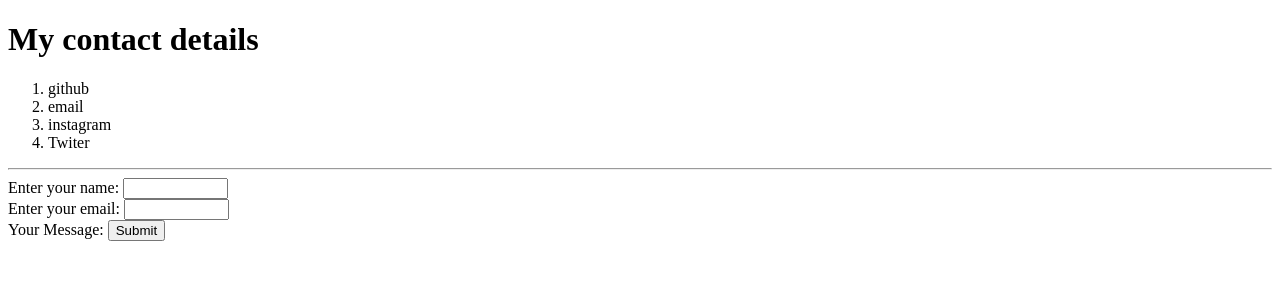
Repository: ew-code/Web-Development
Page: HTML - Personal Site/contact.html
These files come from the project's save history. The page is drawn as it stood at one moment and after a run of saves; the edit follows.
The browser window is 1280 px wide. The pictures show the whole page.

Above is the page before, as saved 2021-01-04 23:56:57.

After the next 3 saves:
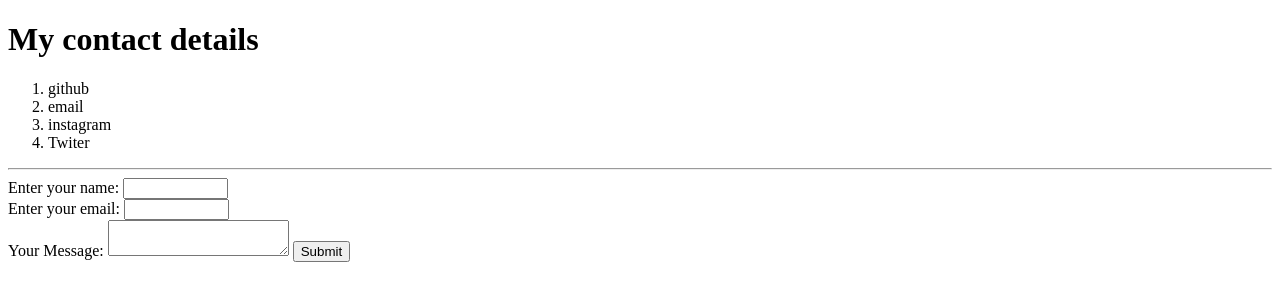
The 3 saves are shown as one change because they came seconds apart.
The last was saved 8 s later.
--- a/HTML - Personal Site/contact.html
+++ b/HTML - Personal Site/contact.html
@@ -23,6 +23,7 @@
     <label for="email">Enter your email:</label>
     <input type="email" name="email" id="email" minlength="4" maxlength="50" size="10"><br>
     <label>Your Message:</label>
+    <textarea></textarea>
     <input type="submit">
   </form>
 
